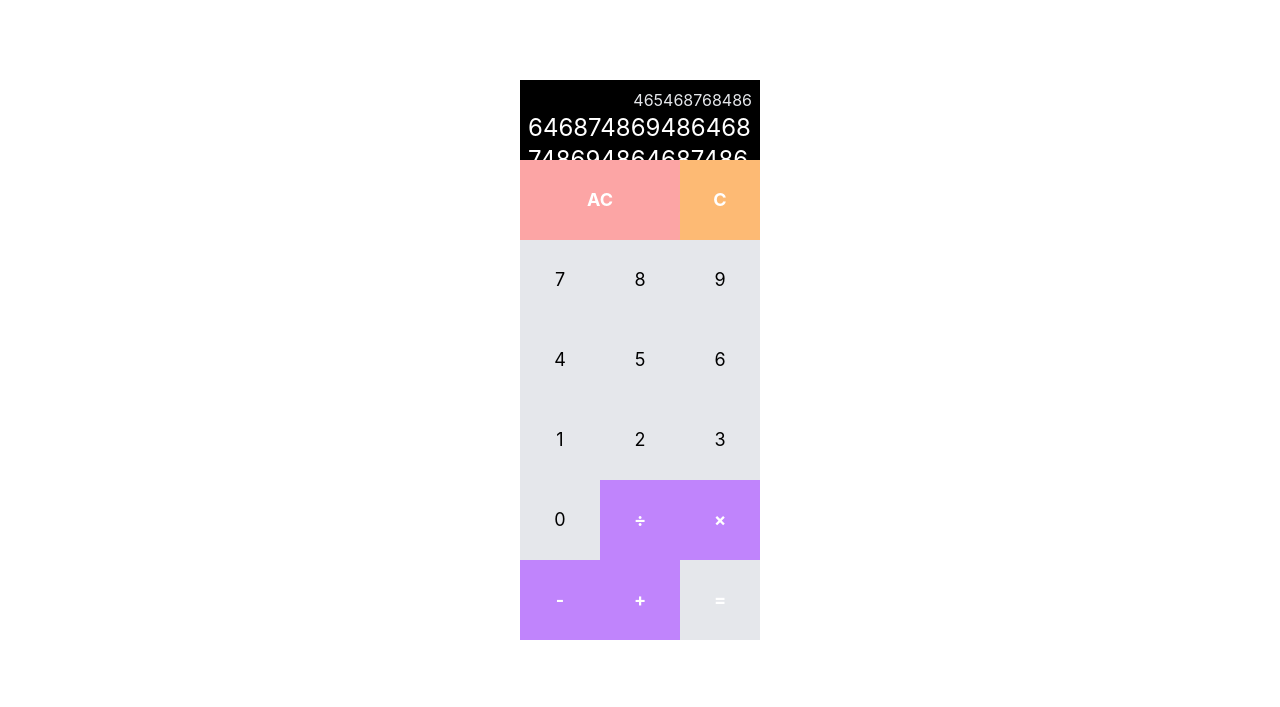
Repository: BrianPhamDev/calculator_app
Page: /
The author's editor kept a copy of each file at every save. The page is drawn from the files as they stood at one save, then again after the next save.
The browser window is 1280 px wide. The pictures show the whole page.
The project was rebuilt for these pictures with package versions that can differ from the ones it lists, and the page was loaded fresh each time. Also part of the build but not shown: vite.config.js.

Above is the page before, as saved 2024-01-09 14:40:52.

### src/App.jsx
import Calculator from "./components/Calculator";

function App() {
  return (
    <>
      <div className="flex items-center justify-center w-screen h-screen">
        <Calculator></Calculator>
      </div>
    </>
  );
}

export default App;

### src/components/Calculator.jsx
import { calculatorButtons } from "../globals/calculator-button-data";
import { useState } from "react";

const Calculator = () => {
  const specialTypes = {
    operator: "bg-purple-400 hover:bg-purple-300 text-white font-bold",
    enter: "bg-blue-400 hover:bg-blue-300 text-white font-bold",
  };
  const specialClasses = {
    ac: "col-span-2 w-40 bg-red-300 text-white font-bold hover:bg-red-400",
    c: "bg-orange-300 text-white font-bold hover:bg-orange-400",
  };

  const [display, setDisplay] = useState();

  return (
    <div className="">
      <div className="w-60 h-20 bg-black text-white flex flex-col items-end justify-around p-2 break-words break-all">
        <div className="previous text-gray-200">465468768486</div>
        <div className="current text-2xl">
          646874869486468748694864687486948
        </div>
      </div>

      <div className="grid grid-cols-3">
        {calculatorButtons.map((button) => {
          return (
            <div
              key={button.className}
              className={`bg-gray-200 flex items-center justify-center w-20 h-20 hover:bg-slate-300 text-lg  ${
                specialClasses[button.className] || ""
              }
              ${specialTypes[button.type] || ""}`}
            >
              {button.text}
            </div>
          );
        })}
      </div>
    </div>
  );
};

export default Calculator;

### src/globals/calculator-button-data.js
export const calculatorButtons = [
  {
    type: "clear",
    className: "ac",
    text: "AC",
    value: "All Clear",
  },
  {
    type: "clear",
    className: "c",
    text: "C",
    value: "Clear",
  },
  {
    type: "number",
    className: "seven",
    text: 7,
    value: 7,
  },
  {
    type: "number",
    className: "eight",
    text: 8,
    value: 8,
  },
  {
    type: "number",
    className: "nine",
    text: 9,
    value: 9,
  },

  {
    type: "number",
    className: "four",
    text: 4,
    value: 4,
  },
  {
    type: "number",
    className: "five",
    text: 5,
    value: 5,
  },
  {
    type: "number",
    className: "six",
    text: 6,
    value: 6,
  },

  {
    type: "number",
    className: "one",
    text: 1,
    value: 1,
  },
  {
    type: "number",
    className: "two",
    text: 2,
    value: 2,
  },
  {
    type: "number",
    className: "three",
    text: 3,
    value: 3,
  },
  {
    type: "number",
    className: "zero",
    text: 0,
    value: 0,
  },
  {
    type: "operator",
    className: "divide",
    text: "\u00f7",
    value: "Divide",
  },
  {
    type: "operator",
    className: "multiply",
    text: "\u00d7",
    value: "Multiply",
  },
  {
    type: "operator",
    className: "subtract",
    text: "-",
    value: "Subtract",
  },

  {
    type: "operator",
    className: "add",
    text: "+",
    value: "Add",
  },
  {
    type: "enter",
    className: "equal",
    text: "=",
    value: "Equal",
  },
];

Loaded but not shown: index.html (common file); src/main.jsx (common file); src/index.css (common file); tailwind.config.js (common file)

After the next save:
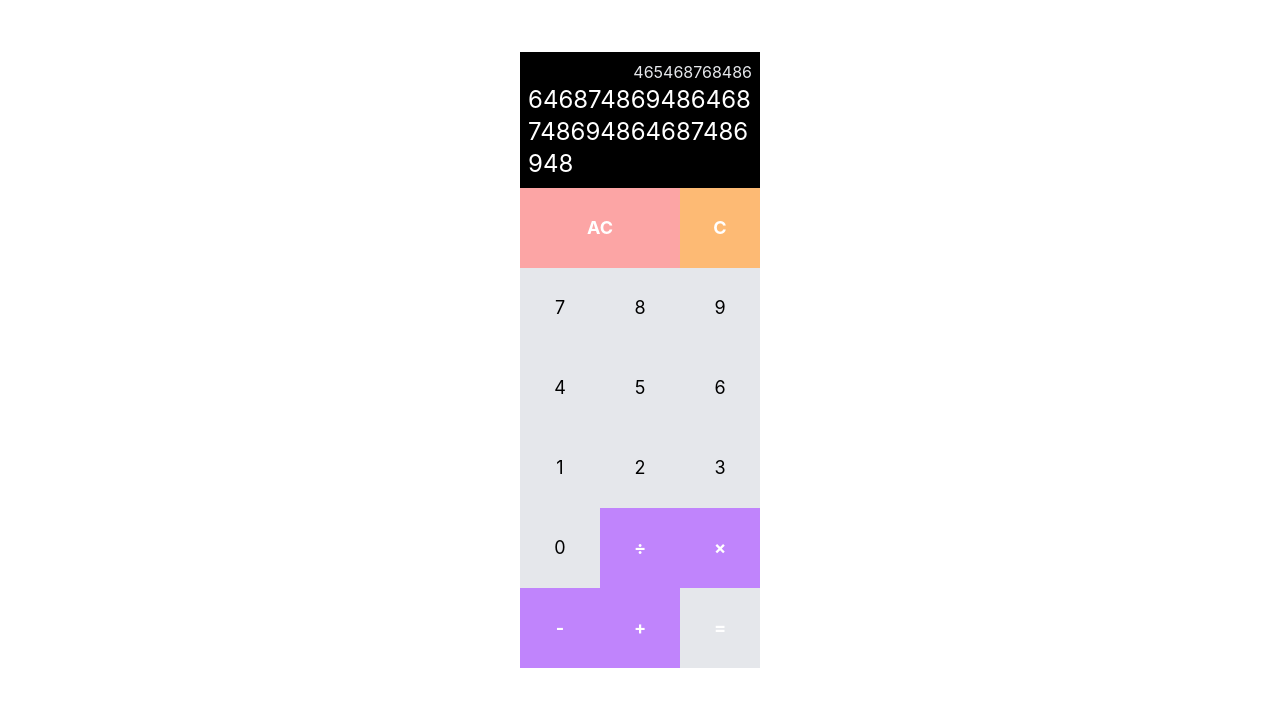
Saved 8 s later.
--- a/src/components/Calculator.jsx
+++ b/src/components/Calculator.jsx
@@ -15,7 +15,7 @@ const Calculator = () => {
 
   return (
     <div className="">
-      <div className="w-60 h-20 bg-black text-white flex flex-col items-end justify-around p-2 break-words break-all">
+      <div className="w-60 h-fit bg-black text-white flex flex-col items-end justify-around p-2 break-words break-all">
         <div className="previous text-gray-200">465468768486</div>
         <div className="current text-2xl">
           646874869486468748694864687486948
